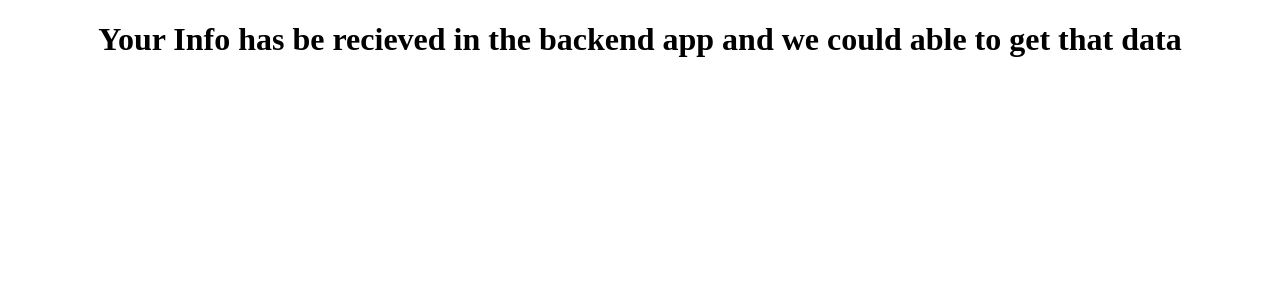
Repository: manjunath1718/All-Programs-of-Spring
Page: http://localhost/SpringMvcFormSpringTagLib/view/response.jsp
The author's editor kept a copy of each file at every save. The page is drawn from the files as they stood at one save, then again after the next save.
The browser window is 1280 px wide. The pictures show the whole page.
The page is served by Tomcat 10. The template is opened directly, without the code that normally fills it, so the values that code supplies are empty.

Above is the page before, as saved 2024-08-07 12:21:39.

After the next save:
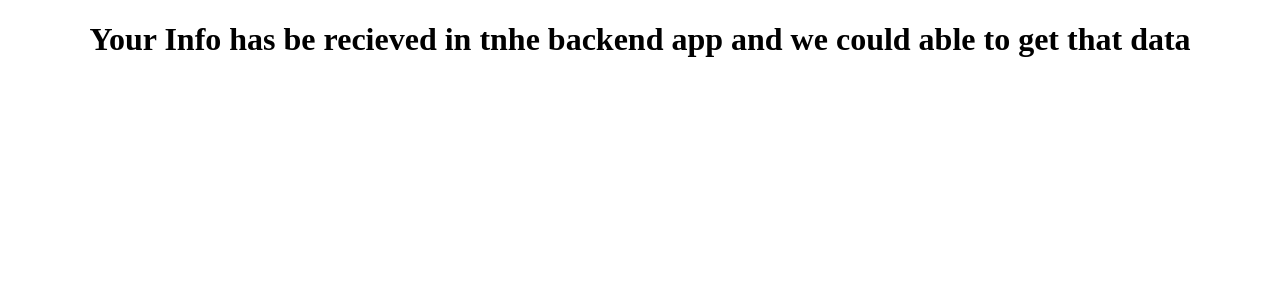
Saved 112 s later.
--- a/SpringMvcFormSpringTagLib/src/main/webapp/view/response.jsp
+++ b/SpringMvcFormSpringTagLib/src/main/webapp/view/response.jsp
@@ -8,12 +8,11 @@
 </head>
 <body>
 <center>
-	<h1>Your Info has be recieved in the backend app and we could able to get that data</h1>
+	<h1>Your Info has be recieved in tnhe backend app and we could able to get that data</h1>
      <h1 style='color:red'>${impl.id}</h1>
      <h1 style='color:blue'>${impl.iname}</h1>
      <h1 style='color:cyan'>${impl.icity}</h1>
      <h1 style='color:green'>${impl.isalary}</h1>
 </center>
-
 </body>
 </html>
